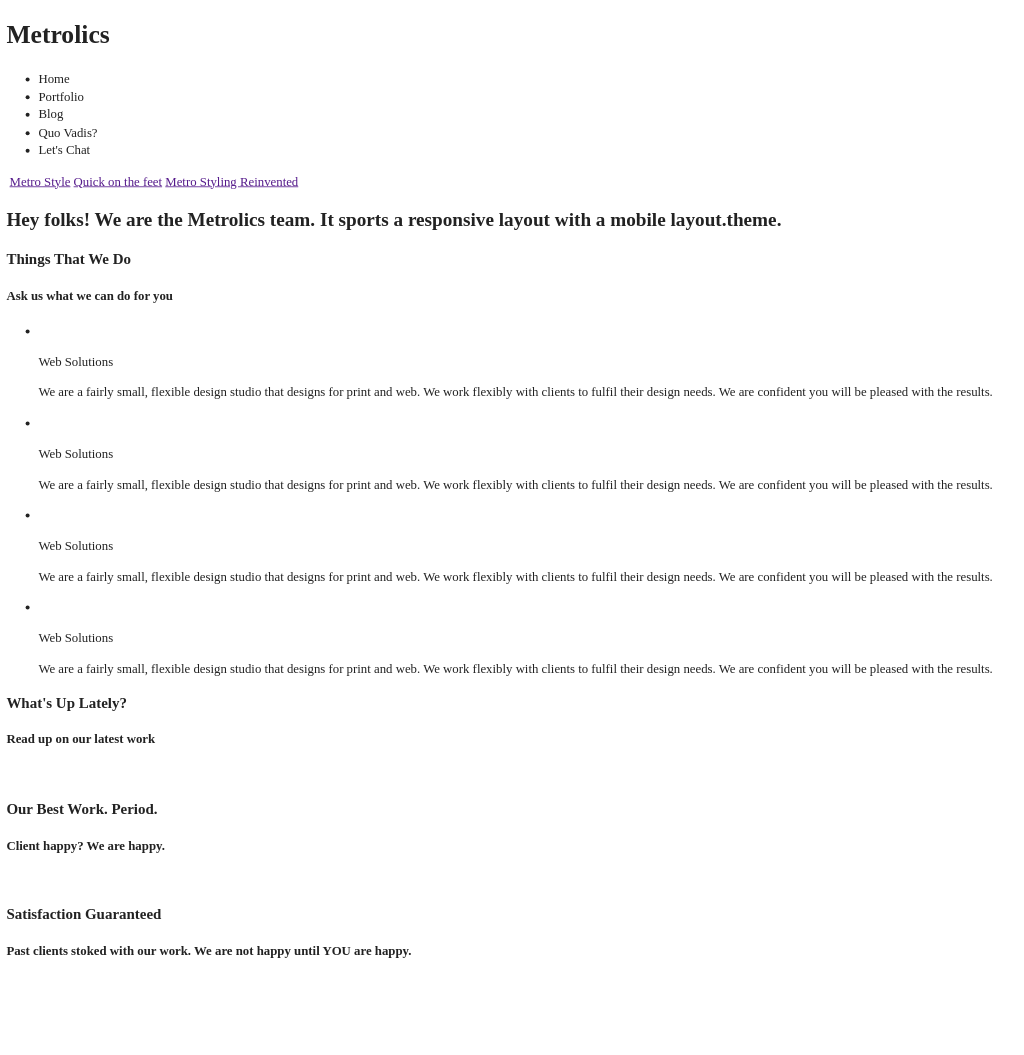
Repository: kaitlynlew/Lab02-Metrolics
Page: index.html
The author's editor kept a copy of each file at every save. The page is drawn from the files as they stood at one save, then again after the next save.
The browser window is 1280 px wide. The pictures show the whole page, at 80% of full size.

Above is the page before, as saved 2025-01-22 15:20:24.

### index.html
<!doctype html>
<html class="no-js" lang="">

<head>
  <meta charset="utf-8">
  <meta name="viewport" content="width=device-width, initial-scale=1">
  <title>Metrolics</title>
  <link rel="stylesheet" href="css/style.css">
  <meta name="description" content="">

  <meta property="og:title" content="">
  <meta property="og:type" content="">
  <meta property="og:url" content="">
  <meta property="og:image" content="">
  <meta property="og:image:alt" content="">

  <link rel="manifest" href="site.webmanifest">
  <meta name="theme-color" content="#fafafa">
</head>

<body>

  <header>
    <h1>Metrolics</h1>
    <nav>
        <ul>
            <li>Home</li>
            <li>Portfolio</li>
            <li>Blog</li>
            <li>Quo Vadis?</li>
            <li>Let's Chat</li>
        </ul>
    </nav>
</header>

<div>
  <img src="">
  <a href="">Metro Style</a>
  <a href="">Quick on the feet</a>
  <a href="">Metro Styling Reinvented</a>
</div>

<h2>Hey folks! We are the Metrolics team. It sports a responsive layout with a mobile layout.theme.</h2>

<section>
    <h3>Things That We Do</h3>
    <h4>Ask us what we can do for you</h4>
    <div>
        <ul>
            <li><img src="">
                <p>Web Solutions</p>
                <p>We are a fairly small, flexible design studio that designs for print and web. We work flexibly with clients to fulfil their design needs. We are confident you will be pleased with the results.</p>
            </li>
        </ul>
        <ul>
            <li><img src="">
                <p>Web Solutions</p>
                <p>We are a fairly small, flexible design studio that designs for print and web. We work flexibly with clients to fulfil their design needs. We are confident you will be pleased with the results.</p>
            </li>
        </ul>
        <ul>
            <li><img src="">
                <p>Web Solutions</p>
                <p>We are a fairly small, flexible design studio that designs for print and web. We work flexibly with clients to fulfil their design needs. We are confident you will be pleased with the results.</p>
            </li>
        </ul>
        <ul>
            <li><img src="">
                <p>Web Solutions</p>
                <p>We are a fairly small, flexible design studio that designs for print and web. We work flexibly with clients to fulfil their design needs. We are confident you will be pleased with the results.</p>
            </li>
        </ul>
    </div>
</section>

<section>
  <h3>What's Up Lately?</h3>
  <h4>Read up on our latest work</h4>
  <div>
    <img src="">
    <img src="">
    <img src="">
  </div>
</section>

<section>
  <h3>Our Best Work. Period.</h3>
  <h4>Client happy? We are happy.</h4>
  <div>
    <img src="">
    <img src="">
    <img src="">
    <img src="">
    <img src="">
    <img src="">
  </div>
</section>

<section>
  <h3>Satisfaction Guaranteed</h3>
  <h4>Past clients stoked with our work. We are not happy until YOU are happy.</h4>
  <div>
      <div><img src=""></div>
      <div><img src=""></div>
      <div><img src=""></div>
      <div><img src=""></div>
  </div>
</section>

  <script src="js/app.js"></script>

</body>

</html>

### css/style.css
/*! HTML5 Boilerplate v9.0.1 | MIT License | https://html5boilerplate.com/ */

/* main.css 3.0.0 | MIT License | https://github.com/h5bp/main.css#readme */
/*
 * What follows is the result of much research on cross-browser styling.
 * Credit left inline and big thanks to Nicolas Gallagher, Jonathan Neal,
 * Kroc Camen, and the H5BP dev community and team.
 */

/* ==========================================================================
   Base styles: opinionated defaults
   ========================================================================== */

html {
  color: #222;
  font-size: 1em;
  line-height: 1.4;
}

/*
 * Remove text-shadow in selection highlight:
 * https://twitter.com/miketaylr/status/12228805301
 *
 * Customize the background color to match your design.
 */

::-moz-selection {
  background: #b3d4fc;
  text-shadow: none;
}

::selection {
  background: #b3d4fc;
  text-shadow: none;
}

/*
 * A better looking default horizontal rule
 */

hr {
  display: block;
  height: 1px;
  border: 0;
  border-top: 1px solid #ccc;
  margin: 1em 0;
  padding: 0;
}

/*
 * Remove the gap between audio, canvas, iframes,
 * images, videos and the bottom of their containers:
 * https://github.com/h5bp/html5-boilerplate/issues/440
 */

audio,
canvas,
iframe,
img,
svg,
video {
  vertical-align: middle;
}

/*
 * Remove default fieldset styles.
 */

fieldset {
  border: 0;
  margin: 0;
  padding: 0;
}

/*
 * Allow only vertical resizing of textareas.
 */

textarea {
  resize: vertical;
}

/* ==========================================================================
   Author's custom styles
   ========================================================================== */

/* ==========================================================================
   Helper classes
   ========================================================================== */

/*
 * Hide visually and from screen readers
 */

.hidden,
[hidden] {
  display: none !important;
}

/*
 * Hide only visually, but have it available for screen readers:
 * https://snook.ca/archives/html_and_css/hiding-content-for-accessibility
 *
 * 1. For long content, line feeds are not interpreted as spaces and small width
 *    causes content to wrap 1 word per line:
 *    https://medium.com/@jessebeach/beware-smushed-off-screen-accessible-text-5952a4c2cbfe
 */

.visually-hidden {
  border: 0;
  clip: rect(0, 0, 0, 0);
  height: 1px;
  margin: -1px;
  overflow: hidden;
  padding: 0;
  position: absolute;
  white-space: nowrap;
  width: 1px;
  /* 1 */
}

/*
 * Extends the .visually-hidden class to allow the element
 * to be focusable when navigated to via the keyboard:
 * https://www.drupal.org/node/897638
 */

.visually-hidden.focusable:active,
.visually-hidden.focusable:focus {
  clip: auto;
  height: auto;
  margin: 0;
  overflow: visible;
  position: static;
  white-space: inherit;
  width: auto;
}

/*
 * Hide visually and from screen readers, but maintain layout
 */

.invisible {
  visibility: hidden;
}

/*
 * Clearfix: contain floats
 *
 * The use of `table` rather than `block` is only necessary if using
 * `::before` to contain the top-margins of child elements.
 */

.clearfix::before,
.clearfix::after {
  content: "";
  display: table;
}

.clearfix::after {
  clear: both;
}

/* ==========================================================================
   EXAMPLE Media Queries for Responsive Design.
   These examples override the primary ('mobile first') styles.
   Modify as content requires.
   ========================================================================== */

@media only screen and (min-width: 35em) {
  /* Style adjustments for viewports that meet the condition */
}

@media print,
  (-webkit-min-device-pixel-ratio: 1.25),
  (min-resolution: 1.25dppx),
  (min-resolution: 120dpi) {
  /* Style adjustments for high resolution devices */
}

/* ==========================================================================
   Print styles.
   Inlined to avoid the additional HTTP request:
   https://www.phpied.com/delay-loading-your-print-css/
   ========================================================================== */

@media print {
  *,
  *::before,
  *::after {
    background: #fff !important;
    color: #000 !important;
    /* Black prints faster */
    box-shadow: none !important;
    text-shadow: none !important;
  }

  a,
  a:visited {
    text-decoration: underline;
  }

  a[href]::after {
    content: " (" attr(href) ")";
  }

  abbr[title]::after {
    content: " (" attr(title) ")";
  }

  /*
   * Don't show links that are fragment identifiers,
   * or use the `javascript:` pseudo protocol
   */
  a[href^="#"]::after,
  a[href^="javascript:"]::after {
    content: "";
  }

  pre {
    white-space: pre-wrap !important;
  }

  pre,
  blockquote {
    border: 1px solid #999;
    page-break-inside: avoid;
  }

  tr,
  img {
    page-break-inside: avoid;
  }

  p,
  h2,
  h3 {
    orphans: 3;
    widows: 3;
  }

  h2,
  h3 {
    page-break-after: avoid;
  }
}

Loaded but not shown: js/app.js (no stored copy; drawn as an empty file)

After the next save:
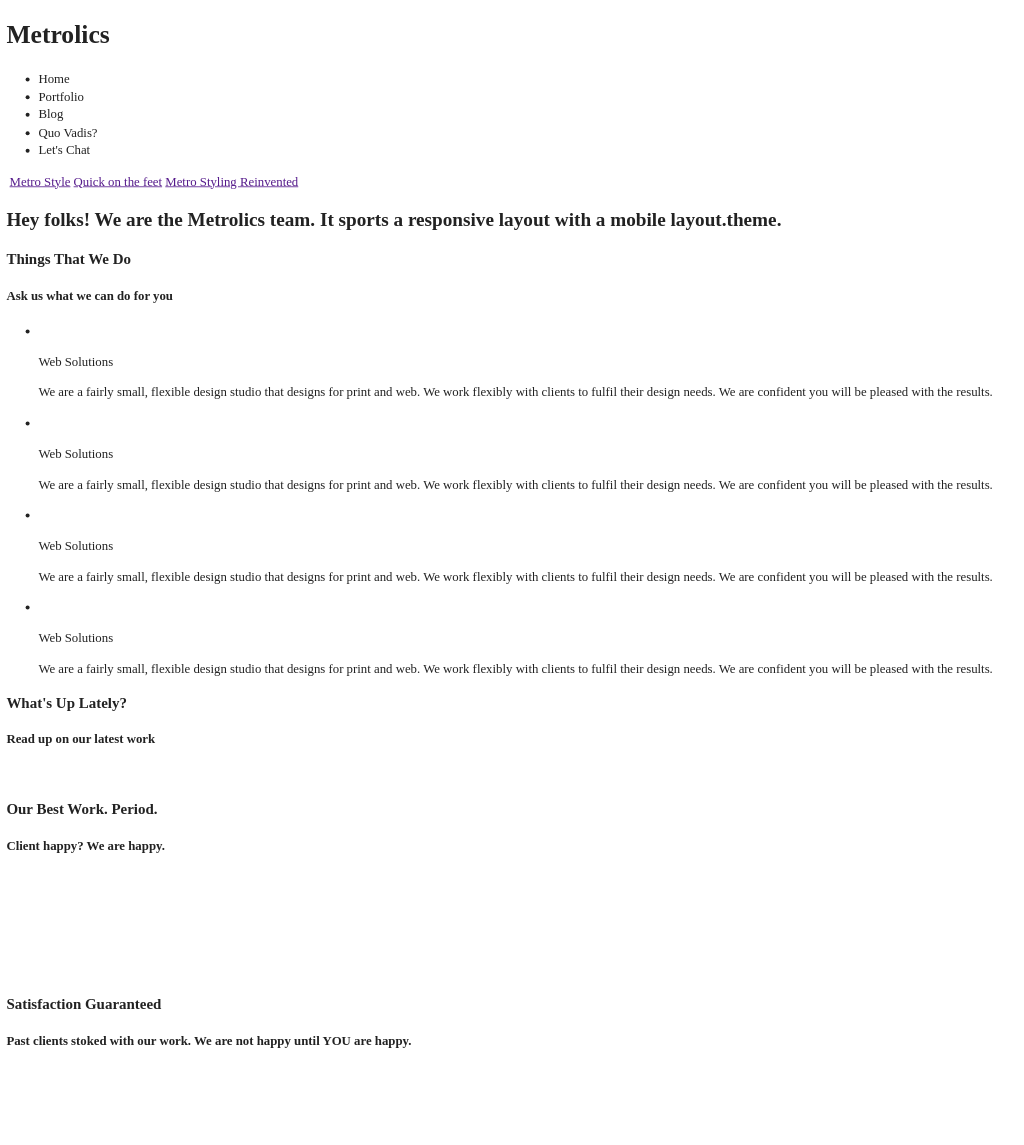
Saved 32 s later.
--- a/index.html
+++ b/index.html
@@ -87,12 +87,12 @@
   <h3>Our Best Work. Period.</h3>
   <h4>Client happy? We are happy.</h4>
   <div>
-    <img src="">
-    <img src="">
-    <img src="">
-    <img src="">
-    <img src="">
-    <img src="">
+    <div><img src=""></div>
+    <div><img src=""></div>
+    <div><img src=""></div>
+    <div><img src=""></div>
+    <div><img src=""></div>
+    <div><img src=""></div>
   </div>
 </section>
 
